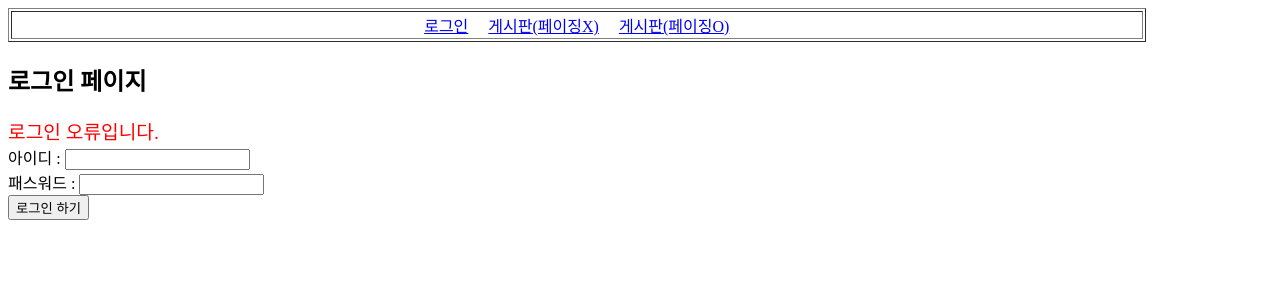
Repository: jungwoonAn/jsp_basic
Page: http://localhost/MustHaveJSP/06_Session/LoginProcess.jsp
An editor plug-in stored every save of this project. The page is shown before and after the next save, followed by the edit.
The browser window is 1280 px wide. The pictures show the whole page.
The page is served by Tomcat 10. Other server files are loaded and not shown. Queries for data that is not in the repository find no rows.

Above is the page before, as saved 2024-10-22 02:10:19.

### MustHaveJSP/src/main/webapp/06_Session/LoginProcess.jsp
<%@page import="membership.MemberDAO"%>
<%@page import="membership.MemberVO"%>
<%@ page language="java" contentType="text/html; charset=UTF-8"
    pageEncoding="UTF-8"%>
<%
// 로그인 폼으로부터 받은 파라미터(아이디/패스워드)
String userId = request.getParameter("user_id");
String userPass = request.getParameter("user_pass");

// web.xml에서 가져온 데이터베이스 연결 정보
String oracleDriver = application.getInitParameter("OracleDriver");
String oracleURL = application.getInitParameter("OracleURL");
String oracleId = application.getInitParameter("OracleId");
String oraclePwd = application.getInitParameter("OraclePwd");

// 회원 테이블 DAO를 통해 회원 정보 VO 획득
MemberDAO mDao = new MemberDAO(oracleDriver, oracleURL, oracleId, oraclePwd);
MemberVO mVo = mDao.getMember(userId, userPass);
mDao.close();

// 로그인 성공 여부에 따른 처리
if(mVo.getId() != null){
	//로그인 성공
	session.setAttribute("UserId", mVo.getId());
	session.setAttribute("UserName", mVo.getName());
	response.sendRedirect("LoginForm.jsp");
}else {
	//로그인 실패
	request.setAttribute("LoginErrMsg", "로그인 오류입니다.");

	RequestDispatcher dispatcher = request.getRequestDispatcher("LoginForm.jsp");
	dispatcher.forward(request, response);
}
%>

### MustHaveJSP/src/main/webapp/06_Session/LoginForm.jsp
<%@ page language="java" contentType="text/html; charset=UTF-8"
    pageEncoding="UTF-8"%>
<!DOCTYPE html>
<html>
<head>
<meta charset="UTF-8">
<title>Session</title>
<script type="text/javascript">
	function validateForm(form){
		if(!form.user_id.value){
			alert("아이디를 입력하세요.");
			return false;
		}
		if(form.user_pass.value==""){
			alert("패스워드를 입력하세요");
			return false;
		}
	}
</script>
</head>
<body>
	<jsp:include page="../Common/Link.jsp" />

	<h2>로그인 페이지</h2>
	<span style="color: red; font-size: 1.2em;">
		<%= request.getAttribute("LoginErrMsg")  == null ?
				"" : request.getAttribute("LoginErrMsg") %>
	</span>
	<%
	if(session.getAttribute("UserId") == null){  // 로그인 상태 확인
		// 로그아웃 상태
	%>
	<form action="LoginProcess.jsp" method="post" name="loginFrm" onsubmit="return validateForm(this);">
		아이디 : <input type="text" name="user_id"><br>
		패스워드 : <input type="password" name="user_pass"><br>
		<button type="submit">로그인 하기</button>
	</form>
	<%
	} else { // 로그인된 상태
	%>
		<%= session.getAttribute("UserName") %> 회원님, 로그인하셨습니다. <br>
		<a href="Logout.jsp">[로그아웃]</a>
	<%
	}
	%>

</body>
</html>

### MustHaveJSP/src/main/webapp/Common/Link.jsp
<%@ page language="java" contentType="text/html; charset=UTF-8"
    pageEncoding="UTF-8"%>
<table border="1" style="width:90%;">
	<tr>
		<td style="text-align:center;">
		<!-- 로그인 여부에 따른 메뉴 변화 -->
		<% if(session.getAttribute("UserId")==null) {
		%>
			<a href="../06_Session/LoginForm.jsp">로그인</a>
		<%
		}else {
		%>
			<a href="../06_Session/Logout.jsp">로그아웃</a>
		<%
		}
		%>
			<!-- 게시판 링크 -->
			<!--
			&nbsp;&nbsp;&nbsp;
			<a href="../06_Session/List.jsp">멤버</a>
			-->

			&nbsp;&nbsp;&nbsp;
			<a href="../08_Board/List.jsp">게시판(페이징X)</a>
			&nbsp;&nbsp;&nbsp;
			<a href="../09_PagingBoard/List.jsp">게시판(페이징O)</a>

		</td>
	</tr>

</table>

### MustHaveJSP/src/main/java/common/JDBConnect.java
package common;

import java.sql.Connection;
import java.sql.DriverManager;
import java.sql.PreparedStatement;
import java.sql.ResultSet;
import java.sql.Statement;

import jakarta.servlet.ServletContext;

public class JDBConnect {
	public Connection conn;
	public Statement stmt;
	public PreparedStatement pstmt;
	public ResultSet rs;

	// 기본 생성자
	public JDBConnect() {
		try {
			// JDBC 드라이버 로드
			Class.forName("oracle.jdbc.OracleDriver");

			// DB 연결
			String url = "jdbc:oracle:thin:@localhost:1521:xe";
			String id = "musthave";
			String pwd = "1234";
			conn = DriverManager.getConnection(url, id, pwd);

			System.out.println("DB 연결 성공(기본 생성자)");
		}catch (Exception e) {
			e.printStackTrace();
		}
	}

	// 두번째 생성자
	public JDBConnect(String driver, String url, String id, String pwd) {
		try {
			// JDBC 드라이버 로드
			Class.forName(driver);

			// DB 연결
			conn = DriverManager.getConnection(url, id, pwd);

			System.out.println("DB 연결 성공(인수 생성자 1)");
		}catch (Exception e) {
			e.printStackTrace();
		}
	}

	// 세번째 생성자
	public JDBConnect(ServletContext application) {
		try {
			// JDBC 드라이버 로드
			String driver = application.getInitParameter("OracleDriver");
			Class.forName(driver);

			// DB 연결
			String url = application.getInitParameter("OracleURL");
			String id = application.getInitParameter("OracleId");
			String pwd = application.getInitParameter("OraclePwd");
			conn = DriverManager.getConnection(url, id, pwd);

			System.out.println("DB 연결 성공(인수 생성자 2)");
		}catch (Exception e) {
			e.printStackTrace();
		}
	}

	// 연결 해제(자원 반납)
	public void close() {
		try {
			if(rs != null) rs.close();
			if(stmt != null) stmt.close();
			if(pstmt != null) pstmt.close();
			if(conn != null) conn.close();

			System.out.println("JDBC 자원 해제");
		}catch(Exception e) {
			e.printStackTrace();
		}
	}

}

### MustHaveJSP/src/main/java/membership/MemberDAO.java
package membership;

import java.util.ArrayList;
import java.util.List;

import common.JDBConnect;

public class MemberDAO extends JDBConnect {
	// DB 연결이 완료된 MemberDAO 객체 생성
	public MemberDAO(String driver, String url, String id, String pwd) {
		super(driver, url, id, pwd);
	}

	// 아이디/패스워드와 일치하는 회원 정보 반환
	public MemberVO getMember(String id, String pass) {
		// 회원정보 VO객체 생성
		MemberVO mVo = new MemberVO();

		String sql = "select * from member where id=? and pass=?";

		try {
			// 쿼리 실행
			pstmt = conn.prepareStatement(sql);
			pstmt.setString(1, id);
			pstmt.setString(2, pass);
			rs = pstmt.executeQuery();

			// 결과 처리
			if(rs.next()) {
				// 쿼리 결과로 얻은 회원정보를 VO객체에 저장
				mVo.setId(rs.getString("id"));
				mVo.setPass(rs.getString("pass"));
				mVo.setName(rs.getString("name"));
				mVo.setRegidate(rs.getString("regidate"));
			}

		}catch(Exception e) {
			e.printStackTrace();
		}

		return mVo;
	}

	// 회원 목록 전체 조회
	public List<MemberVO> getAllMember() {
		List<MemberVO> list = new ArrayList<MemberVO>();
		String sql = "select * from member";

		try {
			pstmt = conn.prepareStatement(sql);
			rs = pstmt.executeQuery();

			while(rs.next()) {
				MemberVO mVo = new MemberVO();

				mVo.setId(rs.getString("id"));
				mVo.setPass(rs.getString("pass"));
				mVo.setName(rs.getString("name"));
				mVo.setRegidate(rs.getString("regidate"));

				list.add(mVo);
			}
		}catch(Exception e) {
			e.printStackTrace();
		}

		return list;
	}
}

### MustHaveJSP/src/main/java/membership/MemberVO.java
package membership;

public class MemberVO {
	// 멤버 변수 선언
	private String id;
	private String pass;
	private String name;
	private String regidate;

	// 멤버 변수별 게터와 세터
	public String getId() {
		return id;
	}
	public void setId(String id) {
		this.id = id;
	}
	public String getPass() {
		return pass;
	}
	public void setPass(String pass) {
		this.pass = pass;
	}
	public String getName() {
		return name;
	}
	public void setName(String name) {
		this.name = name;
	}
	public String getRegidate() {
		return regidate;
	}
	public void setRegidate(String regidate) {
		this.regidate = regidate;
	}
}

After the next save:
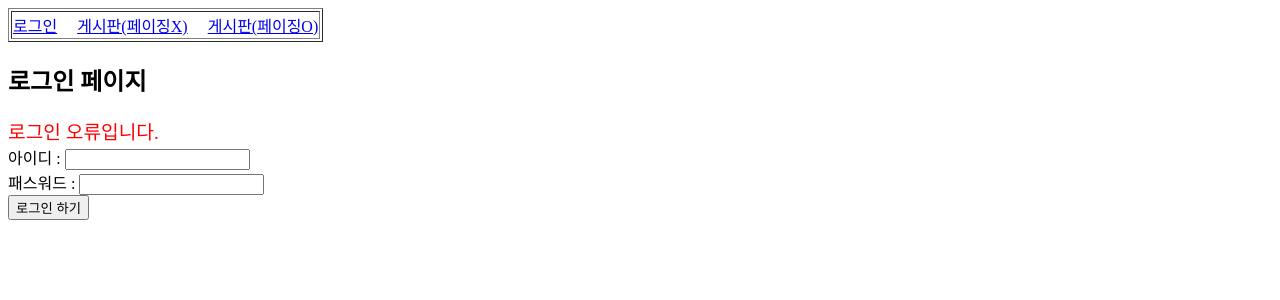
Saved 33 s later.
--- a/MustHaveJSP/src/main/webapp/Common/Link.jsp
+++ b/MustHaveJSP/src/main/webapp/Common/Link.jsp
@@ -1,6 +1,6 @@
 <%@ page language="java" contentType="text/html; charset=UTF-8"
     pageEncoding="UTF-8"%>
-<table border="1" style="width:90%;">
+<table border="1">
 	<tr>
 		<td style="text-align:center;">
 		<!-- 로그인 여부에 따른 메뉴 변화 -->

After the save that followed:
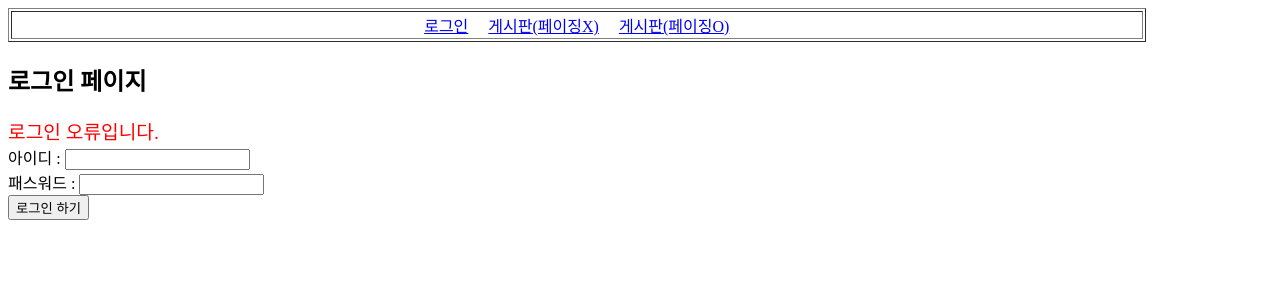
Saved 22 s later.
--- a/MustHaveJSP/src/main/webapp/Common/Link.jsp
+++ b/MustHaveJSP/src/main/webapp/Common/Link.jsp
@@ -1,6 +1,6 @@
 <%@ page language="java" contentType="text/html; charset=UTF-8"
     pageEncoding="UTF-8"%>
-<table border="1">
+<table border="1" style="width:90%;">
 	<tr>
 		<td style="text-align:center;">
 		<!-- 로그인 여부에 따른 메뉴 변화 -->
